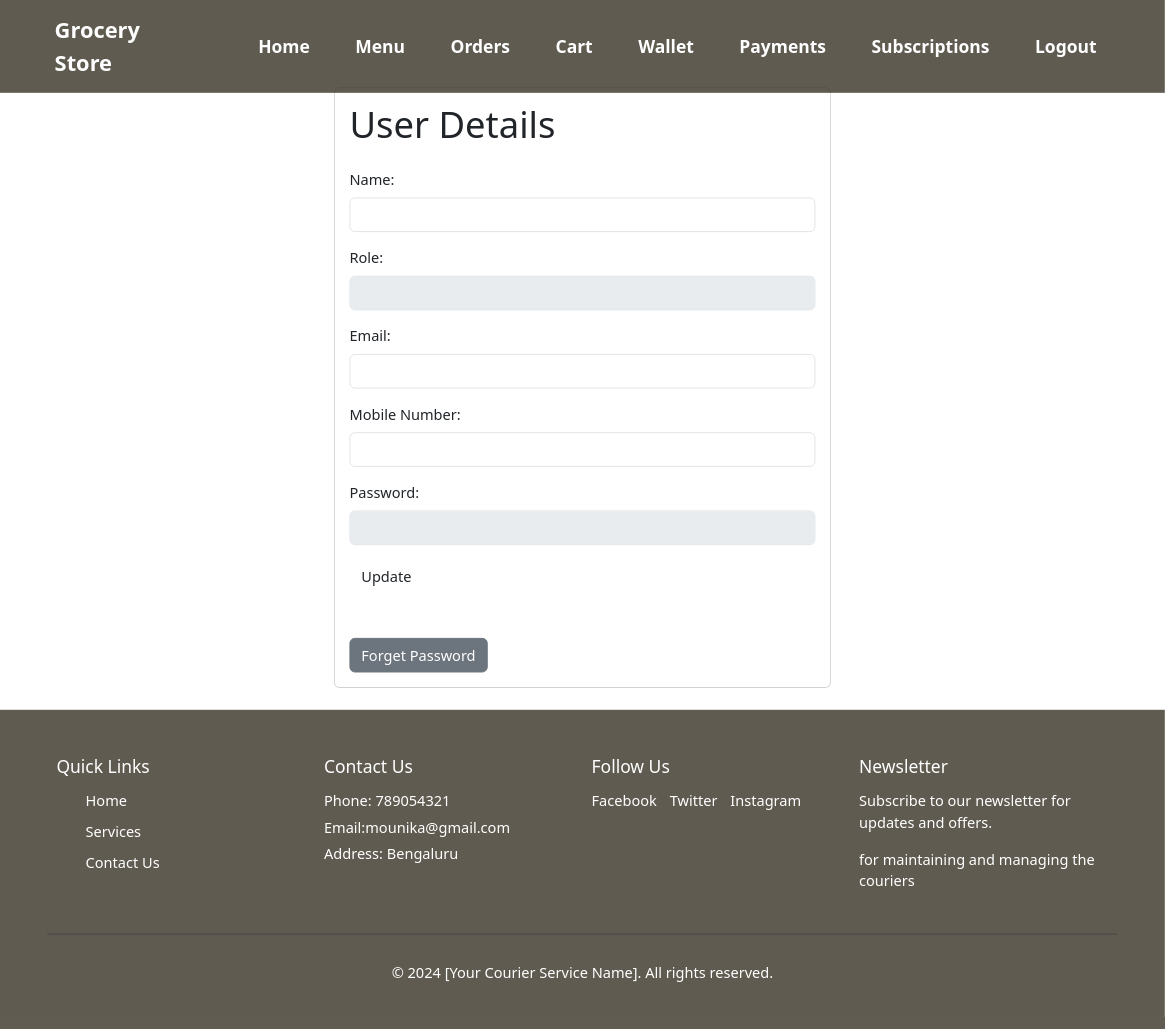
Repository: NagaMounikaY/GroceriesSubscriptionBookingManagement
Page: http://localhost/GroceriesSubBookingSystem/WEB-INF/views/profile.jsp
The author's editor kept a copy of each file at every save. The page is drawn from the files as they stood at one save, then again after the next save.
The browser window is 1280 px wide. The pictures show the whole page, at 91% of full size.
The page is served by Tomcat 9. Nobody is signed in. The template is opened directly, without the code that normally fills it, so the values that code supplies are empty.

Above is the page before, as saved 2024-09-15 17:57:57.

After the next save:
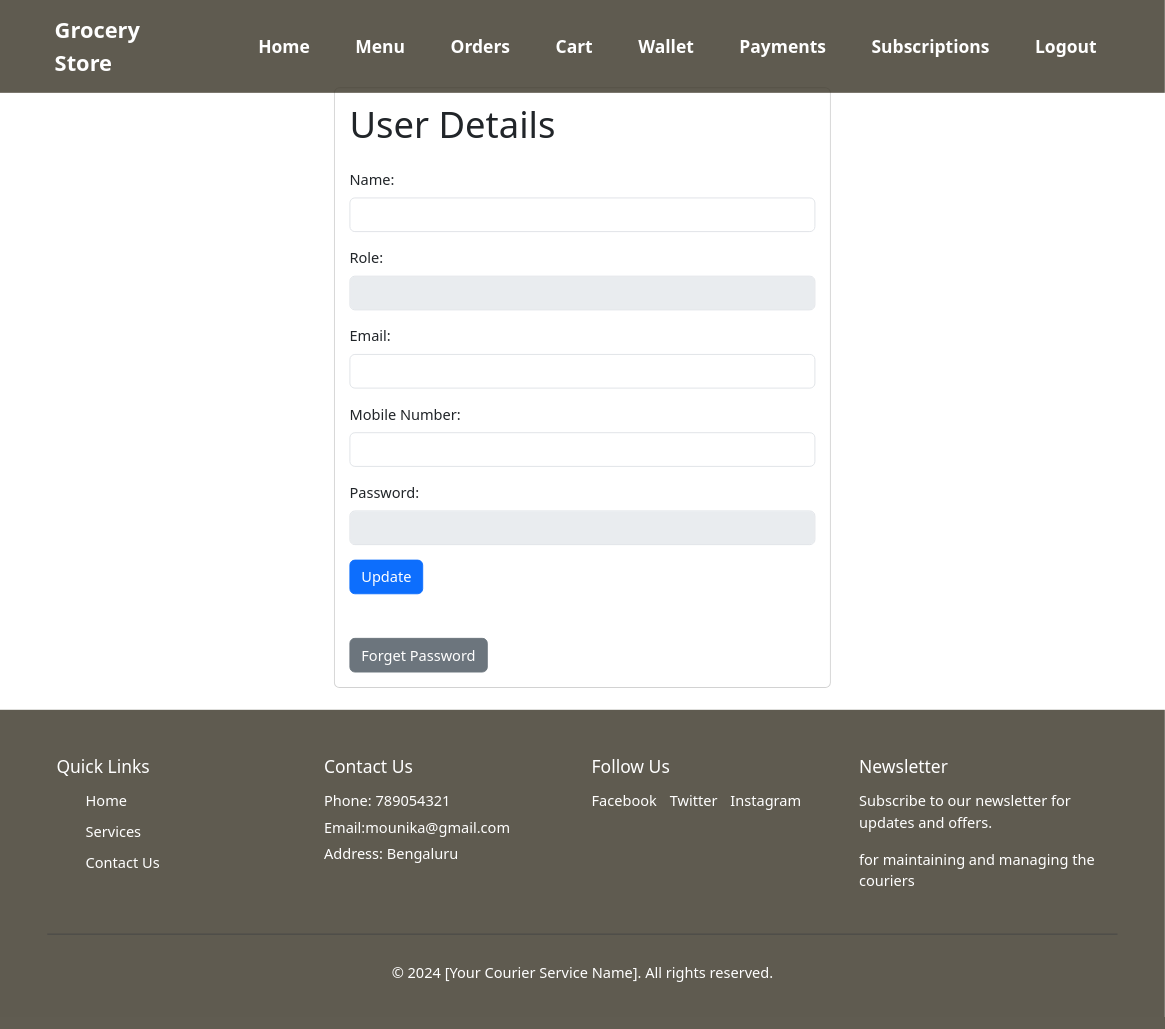
Saved 30 s later.
--- a/GroceriesSubBookingSystem/src/main/webapp/WEB-INF/views/profile.jsp
+++ b/GroceriesSubBookingSystem/src/main/webapp/WEB-INF/views/profile.jsp
@@ -96,7 +96,7 @@
                                 <input type="password" id="userPassword" name="userPassword" value="${user.userPassword}"
                                     class="form-control" readonly>
                             </div>
-                            <button type="submit" class="btn btn-update">Update</button>
+                            <button type="submit" class="btn btn-primary">Update</button>
                         </form>
                         <br><br>
                         <a href="${pageContext.request.contextPath}/users/forgot-password" class="btn btn-secondary">Forget Password</a>
